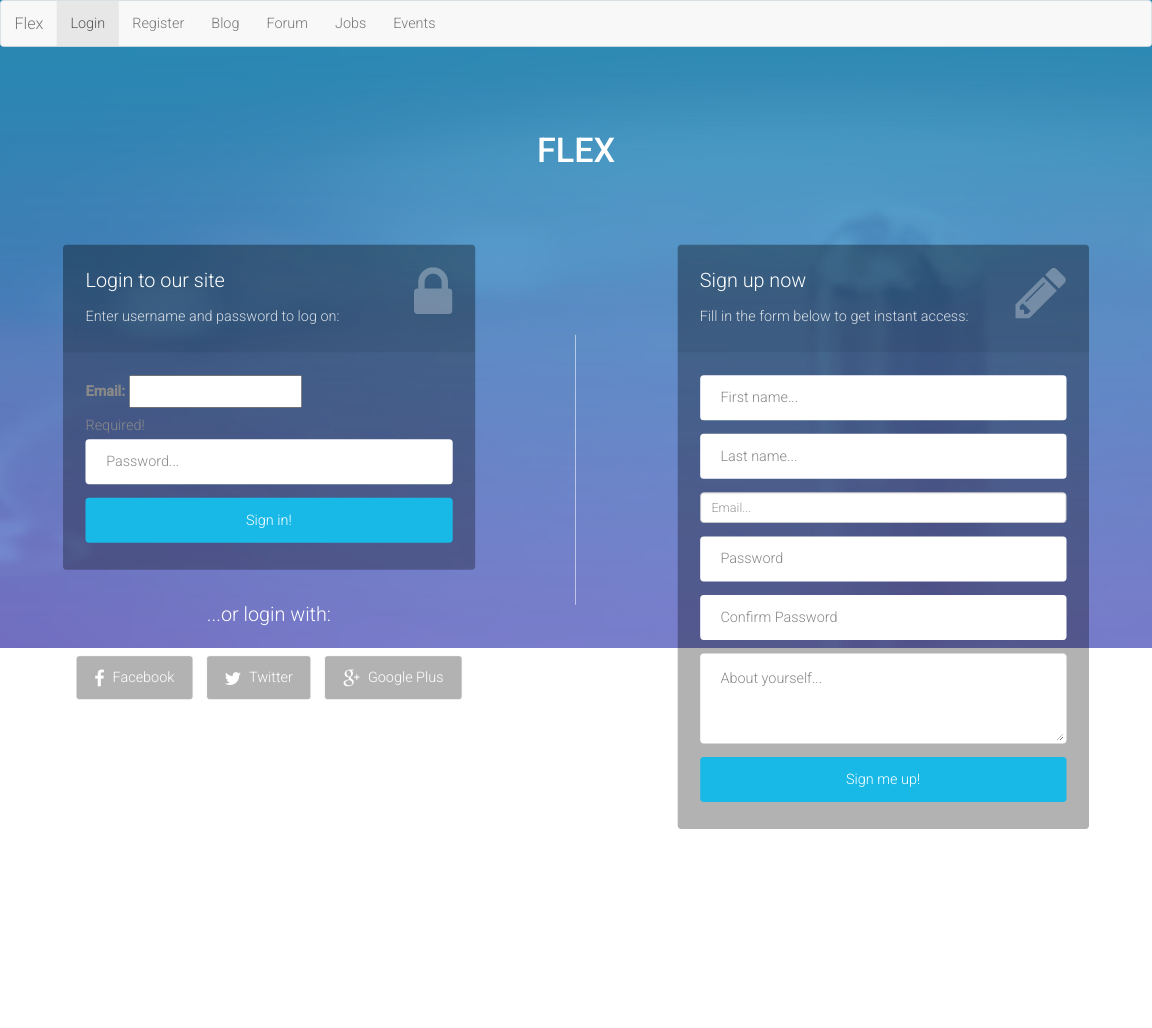
Repository: Angelamritha2012/Flex
Page: Collaboration/WebContent/index.html
The author's editor kept a copy of each file at every save. The page is drawn from the files as they stood at one save, then again after the next save.
The browser window is 1280 px wide. The pictures show the whole page, at 90% of full size.
Some web libraries are served in a nearby version.

Above is the page before, as saved 2017-11-30 10:08:20.

### Collaboration/WebContent/index.html
<!DOCTYPE html>
<html ng-app="">

    <head>
   <!--  <link rel="stylesheet" href="https://cdnjs.cloudflare.com/ajax/libs/materialize/0.100.2/css/materialize.min.css">

  Compiled and minified JavaScript

   <script src="https://cdnjs.cloudflare.com/ajax/libs/materialize/0.100.2/js/materialize.min.js"></script>
            -->
      <script src = "http://ajax.googleapis.com/ajax/libs/angularjs/1.3.14/angular.min.js"></script>

        <meta charset="utf-8">
        <meta http-equiv="X-UA-Compatible" content="IE=edge">
        <meta name="viewport" content="width=device-width, initial-scale=1">
        <title>FLEX</title>

        <!-- CSS -->
        <link rel="stylesheet" href="http://fonts.googleapis.com/css?family=Roboto:400,100,300,500">
        <link rel="stylesheet" href="assets/bootstrap/css/bootstrap.min.css">
        <link rel="stylesheet" href="assets/font-awesome/css/font-awesome.min.css">
		<link rel="stylesheet" href="assets/css/form-elements.css">
        <link rel="stylesheet" href="assets/css/style.css">

        <!-- HTML5 Shim and Respond.js IE8 support of HTML5 elements and media queries -->
        <!-- WARNING: Respond.js doesn't work if you view the page via file:// -->
        <!--[if lt IE 9]>
            <script src="https://oss.maxcdn.com/libs/html5shiv/3.7.0/html5shiv.js"></script>
            <script src="https://oss.maxcdn.com/libs/respond.js/1.4.2/respond.min.js"></script>
        <![endif]-->

        <!-- Favicon and touch icons -->
        <link rel="shortcut icon" href="assets/ico/favicon.png">
        <link rel="apple-touch-icon-precomposed" sizes="144x144" href="assets/ico/apple-touch-icon-144-precomposed.png">
        <link rel="apple-touch-icon-precomposed" sizes="114x114" href="assets/ico/apple-touch-icon-114-precomposed.png">
        <link rel="apple-touch-icon-precomposed" sizes="72x72" href="assets/ico/apple-touch-icon-72-precomposed.png">
        <link rel="apple-touch-icon-precomposed" href="assets/ico/apple-touch-icon-57-precomposed.png">

    </head>

    <body>

<nav class="navbar navbar-default">
  <div class="container-fluid">
    <div class="navbar-header">
      <a class="navbar-brand" href="#">Flex</a>
    </div>
    <ul class="nav navbar-nav">
      <li class="active"><a href="#">Login</a></li>
      <li><a href="#">Register</a></li>
      <li><a href="blog.html">Blog</a></li>
      <li><a href="forum.html">Forum</a></li>
	        <li><a href="job.html">Jobs</a></li>
	        <li><a href="event.html">Events</a></li>

    </ul>
  </div>
</nav>

        <!-- Top content -->
        <div class="top-content">

            <div class="inner-bg">
                <div class="container">

                    <div class="row">
                        <div class="col-sm-8 col-sm-offset-2 text">
                            <h1><strong>FLEX</strong></h1>

                        </div>
                    </div>

                    <div class="row">
                        <div class="col-sm-5">

                        	<div class="form-box">
	                        	<div class="form-top">
	                        		<div class="form-top-left">
	                        			<h3>Login to our site</h3>
	                            		<p>Enter username and password to log on:</p>
	                        		</div>
	                        		<div class="form-top-right">
	                        			<i class="fa fa-lock"></i>
	                        		</div>
	                            </div>
	                            <div class="form-bottom">
	                            <form name="myForm" ng-submit="submitForm()" novalidate>

				                   <!--  <div class="form-group">
				                    		<label class="sr-only" for="form-username">Username</label>
				                        	<input type="text" name="form-username" placeholder="Username..." class="form-username form-control" id="form-username">
				                        </div>	 -->
				                         <label>Email:
      <input type="email" name="input" ng-model="email.text" required>
    </label>
    <div role="alert">
      <span class="error" ng-show="myForm.input.$error.required">
        Required!</span>
      <span class="error" ng-show="myForm.input.$error.email">
        Not valid email!</span>
    </div>

				                        <div class="form-group">
				                        	<label class="sr-only" for="form-password">Password</label>
				                        	<input type="password" name="form-password" placeholder="Password..." class="form-password form-control" id="form-password">
				                        </div>
				                        <button type="submit" class="btn">Sign in!</button>
				                    </form>
			                    </div>
		                    </div>

		                	<div class="social-login">
	                        	<h3>...or login with:</h3>
	                        	<div class="social-login-buttons">
		                        	<a class="btn btn-link-2" href="#">
		                        		<i class="fa fa-facebook"></i> Facebook
		                        	</a>
		                        	<a class="btn btn-link-2" href="#">
		                        		<i class="fa fa-twitter"></i> Twitter
		                        	</a>
		                        	<a class="btn btn-link-2" href="#">
		                        		<i class="fa fa-google-plus"></i> Google Plus
		                        	</a>
	                        	</div>
	                        </div>

                        </div>
                        <div class="col-sm-1 middle-border"></div>
                        <div class="col-sm-1"></div>

                        <div class="col-sm-5">

                        	<div class="form-box">
                        		<div class="form-top">
	                        		<div class="form-top-left">
	                        			<h3>Sign up now</h3>
	                            		<p>Fill in the form below to get instant access:</p>
	                        		</div>
	                        		<div class="form-top-right">
	                        			<i class="fa fa-pencil"></i>
	                        		</div>
	                            </div>
	                            <div class="form-bottom">

<form name="userForm" ng-submit="submitForm()" novalidate>
				                    	<!-- <div class="form-group">
				                    		<!-- <label class="sr-only" for="form-first-name">First name</label>
				                        	<input type="text" name="first-name" placeholder="First name..." class="form-first-name form-control" id="form-first-name" ng-model = "firstName" required>
				                        	  <span style="color:red" ng-show="myForm.firstname.$dirty && myForm.firstname.$invalid">
  <span ng-show="myForm.firstname.$error.required">firstname is required.</span>
  </span>
				                       <input name = "firstname" type = "text" ng-model = "firstName" required>
                     <span style = "color:red" ng-show = "studentForm.firstname.$dirty && studentForm.firstname.$invalid">
                        <span ng-show = "Form.firstname.$error.required">First Name is required.</span>
                     </span>
				                        </div>
				                        <label>First Name:</label>
<input type="text" name="FirstName" ng-model="firstName" required />
<div ng-messages="myForm.firstName.$error">
  <div ng-message="required">This field is required</div>
</div>
				                        </div>
				                         -->
				                         <div class="form-group" ng-class="{ 'has-error' : userForm.name.$invalid && !userForm.name.$pristine }">
				                        	<label class="sr-only" for="form-firstname">First name</label>

            <input type="text" name="name" class="form-control" placeholder="First name..."ng-model="user.name" required>

            <p style="color:white" ng-show="userForm.name.$invalid && !userForm.name.$pristine" class="help-block">You first name is required.</p>
        </div>

				                       <div class="form-group" ng-class="{ 'has-error' : userForm.name.$invalid && !userForm.name.$pristine }">
				                        	<label class="sr-only" for="form-lastname">Last name</label>

            <input type="text" name="lastname" class="form-control" placeholder="Last name..."ng-model="user.lastname" required>

            <p style="color:white" ng-show="userForm.lastname.$invalid && !userForm.lastname.$pristine" class="help-block">You last name is required.</p>
        </div>
				                         <div class="form-group" ng-class="{ 'has-error' : userForm.email.$invalid && !userForm.email.$pristine }">
				                        	<label class="sr-only" for="form-email">Email</label>

            <input type="email" name="email" class="form-control" placeholder="Email..." ng-model="user.email" required >
              <span style="color:white" ng-show="userForm.email.$dirty && userForm.email.$invalid">

<span ng-show="userForm.email.$error.required">Email is required.</span>
  <span ng-show="userForm.email.$error.email">Invalid email address.</span>
  </span>
        </div>

										 <!-- <div class="form-group">
				                        	<label class="sr-only" for="password">PassWord</label>
				                        	<input type="text" name="form-password" placeholder="Password" class="form-password form-control" id="form-password">
				                        </div>

										<div class="form-group">
				                        	<label class="sr-only" for="confirm password">Confirm PassWord</label>
				                        	<input type="text" name="form-confirm-password" placeholder="Confirm Password" class="form-confirm-password form-control" id="form-confirm-password">
				                        </div> -->
				                         <div class="form-group">
        <input name="password" type="password" class="form-control" placeholder="Password" ng-model="formData.password" ng-pattern="/(?=.*[a-z])(?=.*[A-Z])(?=.*[^a-zA-Z])/" required />
        <span style="color:white" ng-show="!userForm.password.$error.required &&  userForm.password.$error.pattern && userForm.password.$dirty">Must contain one lower &amp; uppercase letter, and one non-alpha character (a number or a symbol.)</span>
      </div>
      <div class="form-group">
        <input name="confirm_password" type="password" class="form-control" placeholder="Confirm Password" ng-model="formData.confirmPassword" ng-pattern="formData.password" required />
        <span style="color:white" ng-show="formData.password != formData.confirmPassword">Your passwords must match.</span>
      </div>
      <div>


				                        <div class="form-group">
				                        	<label class="sr-only" for="form-about-yourself">About yourself</label>
				                        	<textarea name="form-about-yourself" placeholder="About yourself..."
				                        				class="form-about-yourself form-control" id="form-about-yourself"></textarea>
				                        </div>
				                        <button type="submit" class="btn" ng-disabled="formData.password != formData.confirmPassword" ng-click="createUser()">Sign me up!</button>
				                    </form>

			                    </div>
                        	</div>

                        </div>
                    </div>

                </div>
            </div>

        </div>

        <!-- Footer -->
        <footer>
        	<div class="container">
        		<div class="row">

        			<div class="col-sm-8 col-sm-offset-2">
        				<div class="footer-border"></div>
        				<p>Made by Flex at <a href="http://azmind.com" target="_blank"><strong>FLEX</strong></a>
        					having a lot of fun. <i class="fa fa-smile-o"></i></p>
        			</div>

        		</div>
        	</div>
        </footer>

        <!-- Javascript -->
        <script src="assets/js/jquery-1.11.1.min.js"></script>
        <script src="assets/bootstrap/js/bootstrap.min.js"></script>
        <script src="assets/js/jquery.backstretch.min.js"></script>
        <script src="assets/js/scripts.js"></script>

        <!--[if lt IE 10]>
            <script src="assets/js/placeholder.js"></script>
        <![endif]-->

</body>
</html>

### Collaboration/WebContent/assets/css/form-elements.css

input[type="text"],
input[type="password"],
textarea,
textarea.form-control {
	height: 50px;
    margin: 0;
    padding: 0 20px;
    vertical-align: middle;
    background: #fff;
    border: 3px solid #fff;
    font-family: 'Roboto', sans-serif;
    font-size: 16px;
    font-weight: 300;
    line-height: 50px;
    color: #888;
    -moz-border-radius: 4px; -webkit-border-radius: 4px; border-radius: 4px;
    -moz-box-shadow: none; -webkit-box-shadow: none; box-shadow: none;
    -o-transition: all .3s; -moz-transition: all .3s; -webkit-transition: all .3s; -ms-transition: all .3s; transition: all .3s;
}

textarea,
textarea.form-control {
	padding-top: 10px;
	padding-bottom: 10px;
	line-height: 30px;
}

input[type="text"]:focus,
input[type="password"]:focus,
textarea:focus,
textarea.form-control:focus {
	outline: 0;
	background: #fff;
    border: 3px solid #fff;
    -moz-box-shadow: none; -webkit-box-shadow: none; box-shadow: none;
}

input[type="text"]:-moz-placeholder, input[type="password"]:-moz-placeholder,
textarea:-moz-placeholder, textarea.form-control:-moz-placeholder { color: #888; }

input[type="text"]:-ms-input-placeholder, input[type="password"]:-ms-input-placeholder,
textarea:-ms-input-placeholder, textarea.form-control:-ms-input-placeholder { color: #888; }

input[type="text"]::-webkit-input-placeholder, input[type="password"]::-webkit-input-placeholder,
textarea::-webkit-input-placeholder, textarea.form-control::-webkit-input-placeholder { color: #888; }



button.btn {
	height: 50px;
    margin: 0;
    padding: 0 20px;
    vertical-align: middle;
    background: #19b9e7;
    border: 0;
    font-family: 'Roboto', sans-serif;
    font-size: 16px;
    font-weight: 300;
    line-height: 50px;
    color: #fff;
    -moz-border-radius: 4px; -webkit-border-radius: 4px; border-radius: 4px;
    text-shadow: none;
    -moz-box-shadow: none; -webkit-box-shadow: none; box-shadow: none;
    -o-transition: all .3s; -moz-transition: all .3s; -webkit-transition: all .3s; -ms-transition: all .3s; transition: all .3s;
}

button.btn:hover { opacity: 0.6; color: #fff; }

button.btn:active { outline: 0; opacity: 0.6; color: #fff; -moz-box-shadow: none; -webkit-box-shadow: none; box-shadow: none; }

button.btn:focus { outline: 0; opacity: 0.6; background: #19b9e7; color: #fff; }

button.btn:active:focus, button.btn.active:focus { outline: 0; opacity: 0.6; background: #19b9e7; color: #fff; }

### Collaboration/WebContent/assets/css/style.css

body {
    font-family: 'Roboto', sans-serif;
    font-size: 16px;
    font-weight: 300;
    color: #888;
    line-height: 30px;
    text-align: center;
}

strong { font-weight: 500; }

a, a:hover, a:focus {
	color: #19b9e7;
	text-decoration: none;
    -o-transition: all .3s; -moz-transition: all .3s; -webkit-transition: all .3s; -ms-transition: all .3s; transition: all .3s;
}

h1, h2 {
	margin-top: 10px;
	font-size: 38px;
    font-weight: 100;
    color: #555;
    line-height: 50px;
}

h3 {
	font-size: 22px;
    font-weight: 300;
    color: #555;
    line-height: 30px;
}

img { max-width: 100%; }

::-moz-selection { background: #19b9e7; color: #fff; text-shadow: none; }
::selection { background: #19b9e7; color: #fff; text-shadow: none; }


.btn-link-1 {
	display: inline-block;
	height: 50px;
	margin: 5px;
	padding: 16px 20px 0 20px;
	background: #19b9e7;
	font-size: 16px;
    font-weight: 300;
    line-height: 16px;
    color: #fff;
    -moz-border-radius: 4px; -webkit-border-radius: 4px; border-radius: 4px;
}
.btn-link-1:hover, .btn-link-1:focus, .btn-link-1:active { outline: 0; opacity: 0.6; color: #fff; }

.btn-link-1.btn-link-1-facebook { background: #4862a3; }
.btn-link-1.btn-link-1-twitter { background: #55acee; }
.btn-link-1.btn-link-1-google-plus { background: #dd4b39; }

.btn-link-1 i {
	padding-right: 5px;
	vertical-align: middle;
	font-size: 20px;
	line-height: 20px;
}

.btn-link-2 {
	display: inline-block;
	height: 50px;
	margin: 5px;
	padding: 15px 20px 0 20px;
	background: rgba(0, 0, 0, 0.3);
	border: 1px solid #fff;
	font-size: 16px;
    font-weight: 300;
    line-height: 16px;
    color: #fff;
    -moz-border-radius: 4px; -webkit-border-radius: 4px; border-radius: 4px;
}
.btn-link-2:hover, .btn-link-2:focus,
.btn-link-2:active, .btn-link-2:active:focus { outline: 0; opacity: 0.6; background: rgba(0, 0, 0, 0.3); color: #fff; }

.btn-link-2 i {
	padding-right: 5px;
	vertical-align: middle;
	font-size: 20px;
	line-height: 20px;
}


/***** Top content *****/

.inner-bg {
    padding: 60px 0 80px 0;
}

.top-content .text {
	color: #fff;
}

.top-content .text h1 { color: #fff; }

.top-content .description {
	margin: 20px 0 10px 0;
}

.top-content .description p { opacity: 0.8; }

.top-content .description a {
	color: #fff;
}
.top-content .description a:hover,
.top-content .description a:focus { border-bottom: 1px dotted #fff; }

.form-box {
	margin-top: 70px;
}

.form-top {
	overflow: hidden;
	padding: 0 25px 15px 25px;
	background: #444;
	background: rgba(0, 0, 0, 0.35);
	-moz-border-radius: 4px 4px 0 0; -webkit-border-radius: 4px 4px 0 0; border-radius: 4px 4px 0 0;
	text-align: left;
}

.form-top-left {
	float: left;
	width: 75%;
	padding-top: 25px;
}

.form-top-left h3 { margin-top: 0; color: #fff; }
.form-top-left p { opacity: 0.8; color: #fff; }

.form-top-right {
	float: left;
	width: 25%;
	padding-top: 5px;
	font-size: 66px;
	color: #fff;
	line-height: 100px;
	text-align: right;
	opacity: 0.3;
}

.form-bottom {
	padding: 25px 25px 30px 25px;
	background: #444;
	background: rgba(0, 0, 0, 0.3);
	-moz-border-radius: 0 0 4px 4px; -webkit-border-radius: 0 0 4px 4px; border-radius: 0 0 4px 4px;
	text-align: left;
}

.form-bottom form textarea {
	height: 100px;
}

.form-bottom form button.btn {
	width: 100%;
}

.form-bottom form .input-error {
	border-color: #19b9e7;
}

.social-login {
	margin-top: 35px;
}

.social-login h3 {
	color: #fff;
}

.social-login-buttons {
	margin-top: 25px;
}

.middle-border {
	min-height: 300px;
	margin-top: 170px;
	border-right: 1px solid #fff;
	border-right: 1px solid rgba(255, 255, 255, 0.6);
}


/***** Footer *****/

footer {
	padding-bottom: 70px;
	color: #fff;
}

footer .footer-border {
	width: 200px;
	margin: 0 auto;
	padding-bottom: 30px;
	border-top: 1px solid #fff;
	border-top: 1px solid rgba(255, 255, 255, 0.6);
}

footer p { opacity: 0.8; }

footer a {
	color: #fff;
}
footer a:hover, footer a:focus { color: #fff; border-bottom: 1px dotted #fff; }


/***** Media queries *****/

@media (min-width: 992px) and (max-width: 1199px) {}

@media (min-width: 768px) and (max-width: 991px) {}

@media (max-width: 767px) {

	.middle-border { min-height: auto; margin: 65px 30px 0 30px; border-right: 0;
						border-top: 1px solid #fff; border-top: 1px solid rgba(255, 255, 255, 0.6); }

}

@media (max-width: 415px) {

	h1, h2 { font-size: 32px; }

}

/***pagination***/

.center {
    text-align: center;
}

.pagination {
    display: inline-block;
}

.pagination a {
    color: black;
    float: left;
    padding: 8px 16px;
    text-decoration: none;
    transition: background-color .3s;
    border: 1px solid #ddd;
    margin: 0 4px;
}

.pagination a.active {
    background-color: #4CAF50;
    color: white;
    border: 1px solid #4CAF50;
}

.pagination a:hover:not(.active) {background-color: #ddd;}
/* The Modal (background) */
.modal {
    display: none; /* Hidden by default */
    position: fixed; /* Stay in place */
    z-index: 1; /* Sit on top */
    left: 0;
    top: 0;
    width: 100%; /* Full width */
    height: 100%; /* Full height */
    overflow: auto; /* Enable scroll if needed */
    background-color: rgb(0,0,0); /* Fallback color */
    background-color: rgba(0,0,0,0.4); /* Black w/ opacity */
    padding-top: 60px;
}

/* Modal Content/Box */
.modal-content {
    background-color: #fefefe;
    margin: 5px auto; /* 15% from the top and centered */
    border: 1px solid #888;
    width: 80%; /* Could be more or less, depending on screen size */
}

/* The Close Button */
.close {
    /* Position it in the top right corner outside of the modal */
    position: absolute;
    right: 25px;
    top: 0;
    color: #000;
    font-size: 35px;
    font-weight: bold;
}

/* Close button on hover */
.close:hover,
.close:focus {
    color: red;
    cursor: pointer;
}

/* Add Zoom Animation */
.animate {
    -webkit-animation: animatezoom 0.6s;
    animation: animatezoom 0.6s
}

@-webkit-keyframes animatezoom {
    from {-webkit-transform: scale(0)}
    to {-webkit-transform: scale(1)}
}

@keyframes animatezoom {
    from {transform: scale(0)}
    to {transform: scale(1)}
}

/*
    Image credits:
    uifaces.com (http://uifaces.com/authorized)
*/

#login { display: none; }
.login,
.logout {
    position: absolute;
    top: -3px;
    right: 0;
}
.page-header { position: relative; }
.reviews {
    color: #555;
    font-weight: bold;
    margin: 10px auto 20px;
}
.notes {
    color: #999;
    font-size: 12px;
}
.media .media-object { max-width: 120px; }
.media-body { position: relative; }
.media-date {
    position: absolute;
    right: 25px;
    top: 25px;
}
.media-date li { padding: 0; }
.media-date li:first-child:before { content: ''; }
.media-date li:before {
    content: '.';
    margin-left: -2px;
    margin-right: 2px;
}
.media-comment { margin-bottom: 20px; }
.media-replied { margin: 0 0 20px 50px; }
.media-replied .media-heading { padding-left: 6px; }

.btn-circle {
    font-weight: bold;
    font-size: 12px;
    padding: 6px 15px;
    border-radius: 20px;
}
.btn-circle span { padding-right: 6px; }
.embed-responsive { margin-bottom: 20px; }
.tab-content {
    padding: 50px 15px;
    border: 1px solid #ddd;
    border-top: 0;
    border-bottom-right-radius: 4px;
    border-bottom-left-radius: 4px;
}
.custom-input-file {
    overflow: hidden;
    position: relative;
    width: 120px;
    height: 120px;
    background: #eee url('https://s3.amazonaws.com/uifaces/faces/twitter/walterstephanie/128.jpg');
    background-size: 120px;
    border-radius: 120px;
}
input[type="file"]{
    z-index: 999;
    line-height: 0;
    font-size: 0;
    position: absolute;
    opacity: 0;
    filter: alpha(opacity = 0);-ms-filter: "alpha(opacity=0)";
    margin: 0;
    padding:0;
    left:0;
}
.uploadPhoto {
    position: absolute;
    top: 25%;
    left: 25%;
    display: none;
    width: 50%;
    height: 50%;
    color: #fff;
    text-align: center;
    line-height: 60px;
    text-transform: uppercase;
    background-color: rgba(0,0,0,.3);
    border-radius: 50px;
    cursor: pointer;
}
.custom-input-file:hover .uploadPhoto { display: block; }

Loaded but not shown: Collaboration/WebContent/assets/bootstrap/css/bootstrap.min.css (library); Collaboration/WebContent/assets/font-awesome/css/font-awesome.min.css (library); Collaboration/WebContent/assets/js/jquery-1.11.1.min.js (library); Collaboration/WebContent/assets/bootstrap/js/bootstrap.min.js (library); Collaboration/WebContent/assets/js/jquery.backstretch.min.js (library); Collaboration/WebContent/assets/js/scripts.js (52 lines, source omitted)

After the next save:
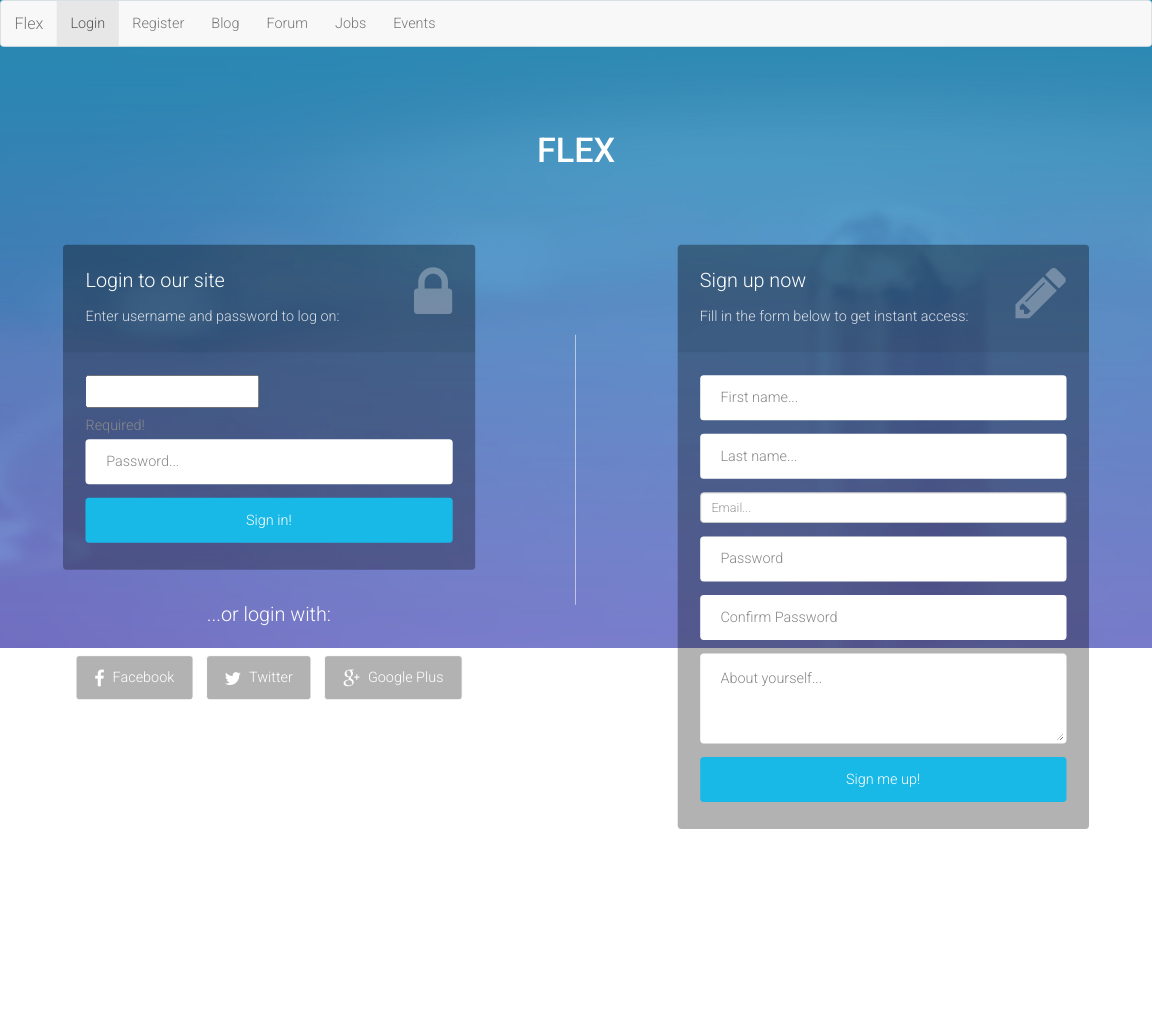
Saved 93 s later.
--- a/Collaboration/WebContent/index.html
+++ b/Collaboration/WebContent/index.html
@@ -90,7 +90,7 @@
 				                    		<label class="sr-only" for="form-username">Username</label>
 				                        	<input type="text" name="form-username" placeholder="Username..." class="form-username form-control" id="form-username">
 				                        </div>	 -->
-				                         <label>Email:
+				                         <label>
       <input type="email" name="input" ng-model="email.text" required>
     </label>
     <div role="alert">
